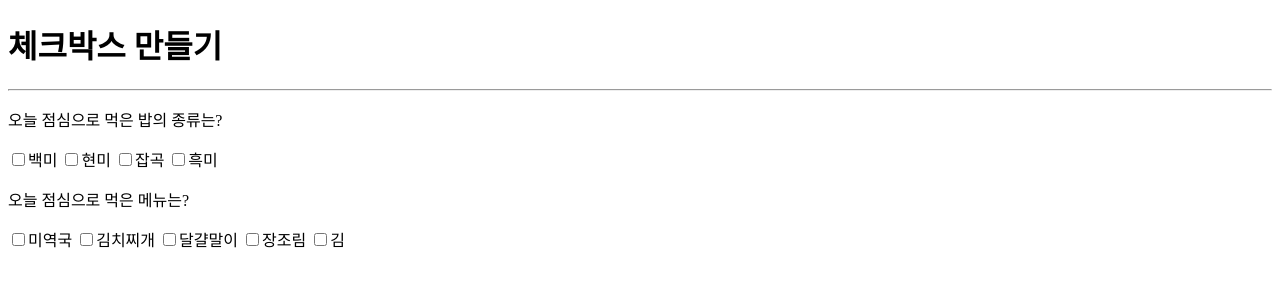
Repository: jp0301/WebStudy
Page: WebApp01/WebContent/Test022.html
The author's editor kept a copy of each file at every save. The page is drawn from the files as they stood at one save, then again after a run of saves.
The browser window is 1280 px wide. The pictures show the whole page.

Above is the page before, as saved 2022-09-27 06:12:33.

### WebApp01/WebContent/Test022.html
<!DOCTYPE html>
<html>
<head>
<meta charset="UTF-8">
<title>Test022.html</title>
</head>
<body>

<div>
	<h1>체크박스 만들기</h1>
	<hr>
</div>

<div>
	<form>
		<p>오늘 점심으로 먹은 밥의 종류는?</p>
		<input type="checkbox" name="foodSelect1" value="1" id="test1">백미
		<input type="checkbox" name="foodSelect1" value="2" id="test2">현미
		<input type="checkbox" name="foodSelect1" value="3" id="test3">잡곡
		<input type="checkbox" name="foodSelect1" value="4" id="test4">흑미

		<p>오늘 점심으로 먹은 메뉴는?</p>

		<input type="checkbox" name="foodSelect2" value="2" id="chk1">미역국
		<input type="checkbox" name="foodSelect2" value="3" id="chk2">김치찌개
		<input type="checkbox" name="foodSelect2" value="4" id="chk3">달걀말이
		<input type="checkbox" name="foodSelect2" value="5" id="chk4">장조림
		<input type="checkbox" name="foodSelect2" value="6" id="chk5">김
	</form>
</div>
<br><br><br><br><br><br><br><br><br><br><br><br><br><br><br><br><br><br><br><br><br><br>







</body>
</html>

After the next 2 saves:
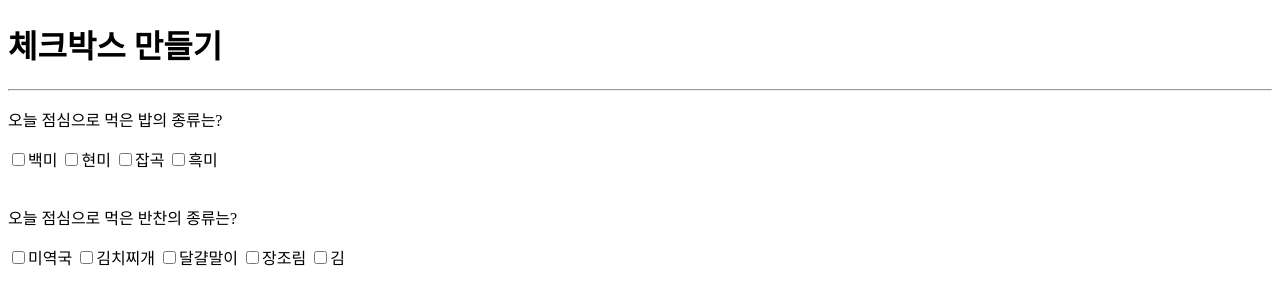
The 2 saves are shown as one change because they came seconds apart.
The last was saved 17 s later.
--- a/WebApp01/WebContent/Test022.html
+++ b/WebApp01/WebContent/Test022.html
@@ -18,14 +18,16 @@
 		<input type="checkbox" name="foodSelect1" value="2" id="test2">현미
 		<input type="checkbox" name="foodSelect1" value="3" id="test3">잡곡
 		<input type="checkbox" name="foodSelect1" value="4" id="test4">흑미
+		<br><br>
 
-		<p>오늘 점심으로 먹은 메뉴는?</p>
+		<p>오늘 점심으로 먹은 반찬의 종류는?</p>
 
 		<input type="checkbox" name="foodSelect2" value="2" id="chk1">미역국
 		<input type="checkbox" name="foodSelect2" value="3" id="chk2">김치찌개
 		<input type="checkbox" name="foodSelect2" value="4" id="chk3">달걀말이
 		<input type="checkbox" name="foodSelect2" value="5" id="chk4">장조림
 		<input type="checkbox" name="foodSelect2" value="6" id="chk5">김
+		<br><br>
 	</form>
 </div>
 <br><br><br><br><br><br><br><br><br><br><br><br><br><br><br><br><br><br><br><br><br><br>
